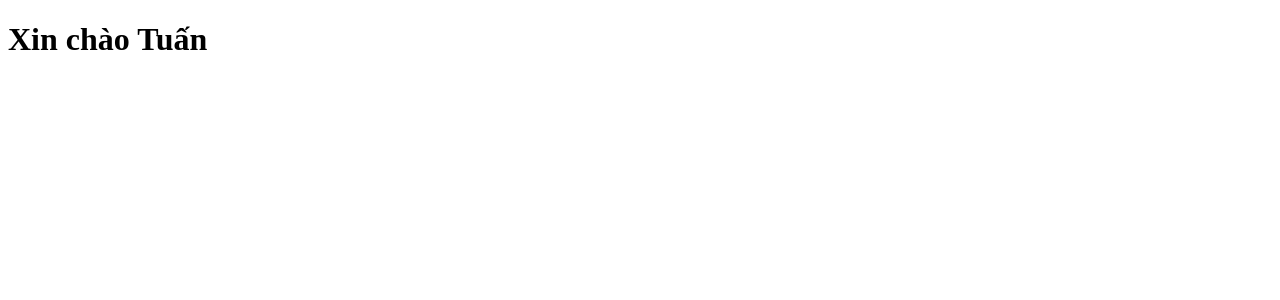
Repository: anhthanh96vp/pre-learner
Page: Vuejs/component/3-component.html
These files come from the project's save history. The page is drawn as it stood at one moment and after the next save; the edit follows.
The browser window is 1280 px wide. The pictures show the whole page.
Some web libraries are served in a nearby version.

Above is the page before, as saved 2018-05-24 13:42:35.

After the next save:
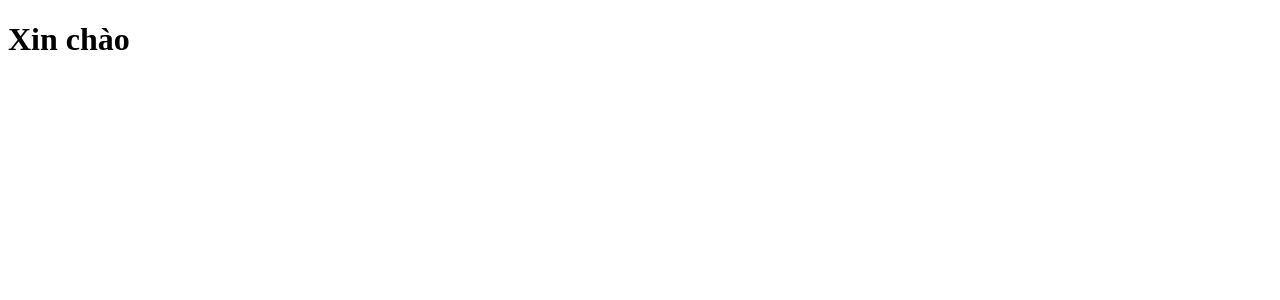
Saved 11 min 36 s later.
--- a/Vuejs/component/3-component.html
+++ b/Vuejs/component/3-component.html
@@ -16,7 +16,7 @@
     </template>
 
     <div id="app">
-                   <hello-component v-bind:user-name="userName"></hello-component>
+                   <hello-component ></hello-component>
     </div>
 
 

After the save that followed:
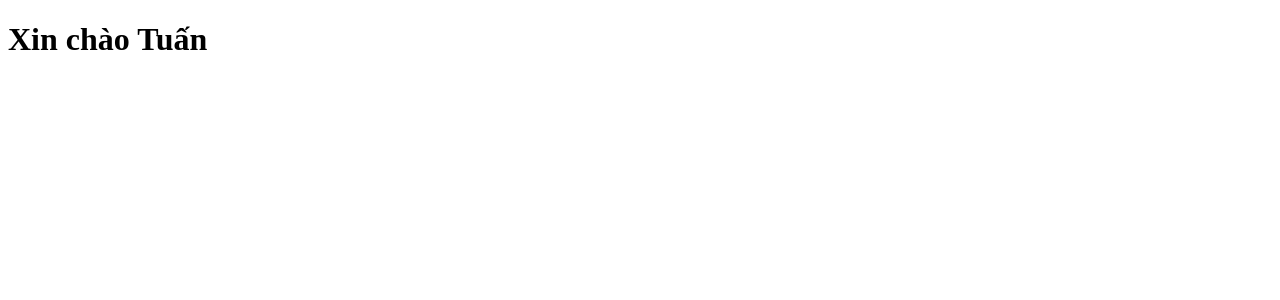
Saved 5 s later.
--- a/Vuejs/component/3-component.html
+++ b/Vuejs/component/3-component.html
@@ -16,7 +16,7 @@
     </template>
 
     <div id="app">
-                   <hello-component ></hello-component>
+                   <hello-component v-bind:user-name="userName"></hello-component>
     </div>
 
 
